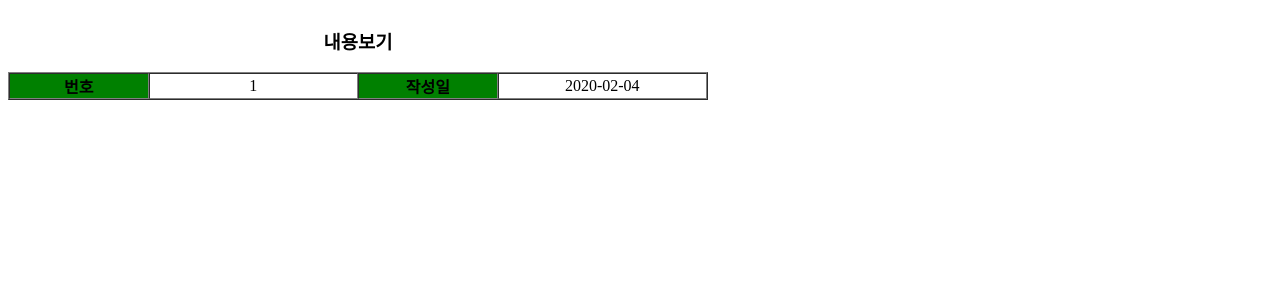
Repository: Rummikub/DBStudy
Page: HTMLProject2/WebContent/HTML/table2.html
The author's editor kept a copy of each file at every save. The page is drawn from the files as they stood at one save, then again after the next save.
The browser window is 1280 px wide. The pictures show the whole page.

Above is the page before, as saved 2020-02-04 08:31:36.

After the next save:
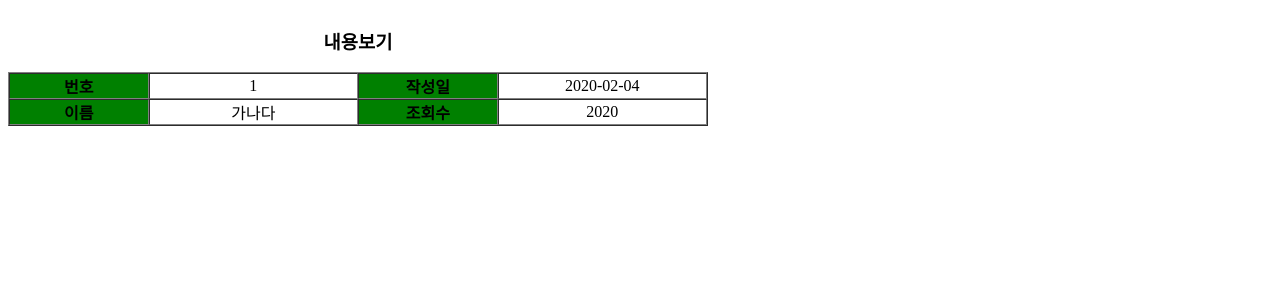
Saved 95 s later.
--- a/HTMLProject2/WebContent/HTML/table2.html
+++ b/HTMLProject2/WebContent/HTML/table2.html
@@ -12,7 +12,12 @@
 			<td width=30% align="center">1</td>
 			<th width=20% bgcolor="green">작성일</th>
 			<td width=30% align="center">2020-02-04</td>
-
+		</tr>
+		<tr>
+			<th width=20% bgcolor="green">이름</th>
+			<td width=30% align="center">가나다</td>
+			<th width=20% bgcolor="green">조회수</th>
+			<td width=30% align="center">2020</td>
 		</tr>
 	</table>
 </body>
